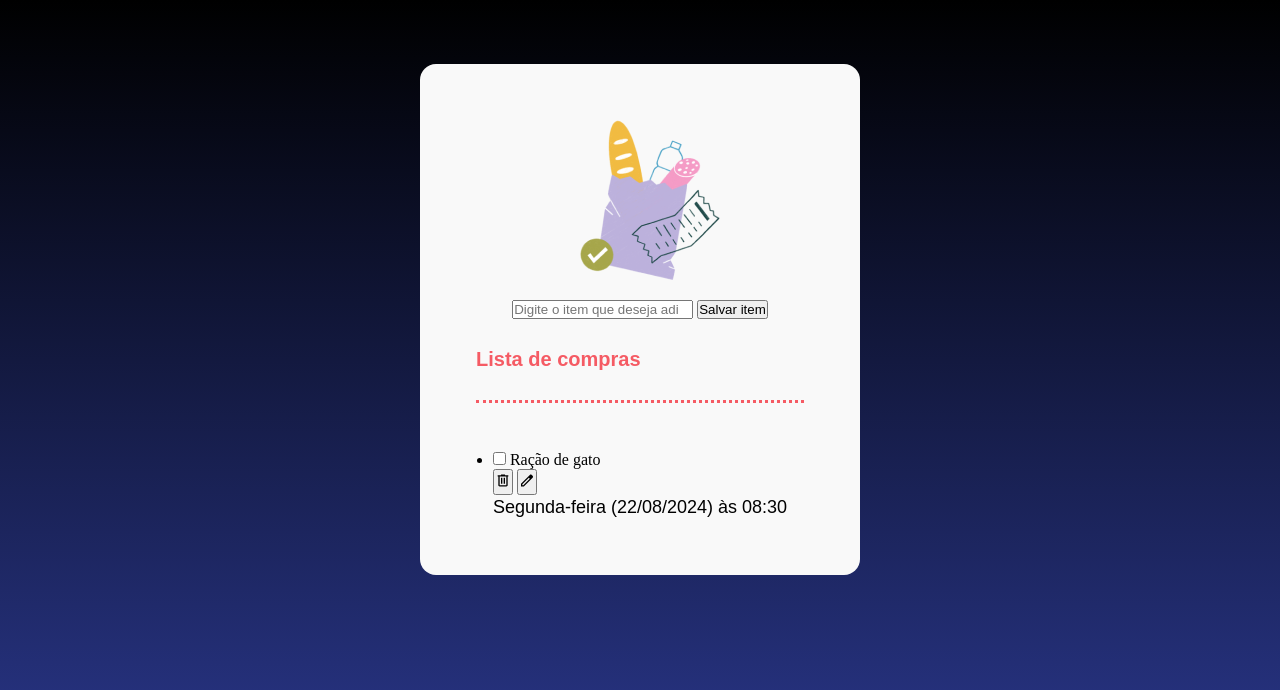
Repository: joaoPraiaJunior/compras_js
Page: index.html
The author's editor kept a copy of each file at every save. The page is drawn from the files as they stood at one save, then again after the next save.
The browser window is 1280 px wide. The pictures show the whole page.
Some web fonts or font styles are not loaded; a fallback is used.

Above is the page before, as saved 2024-08-22 20:06:05.

After the next save:
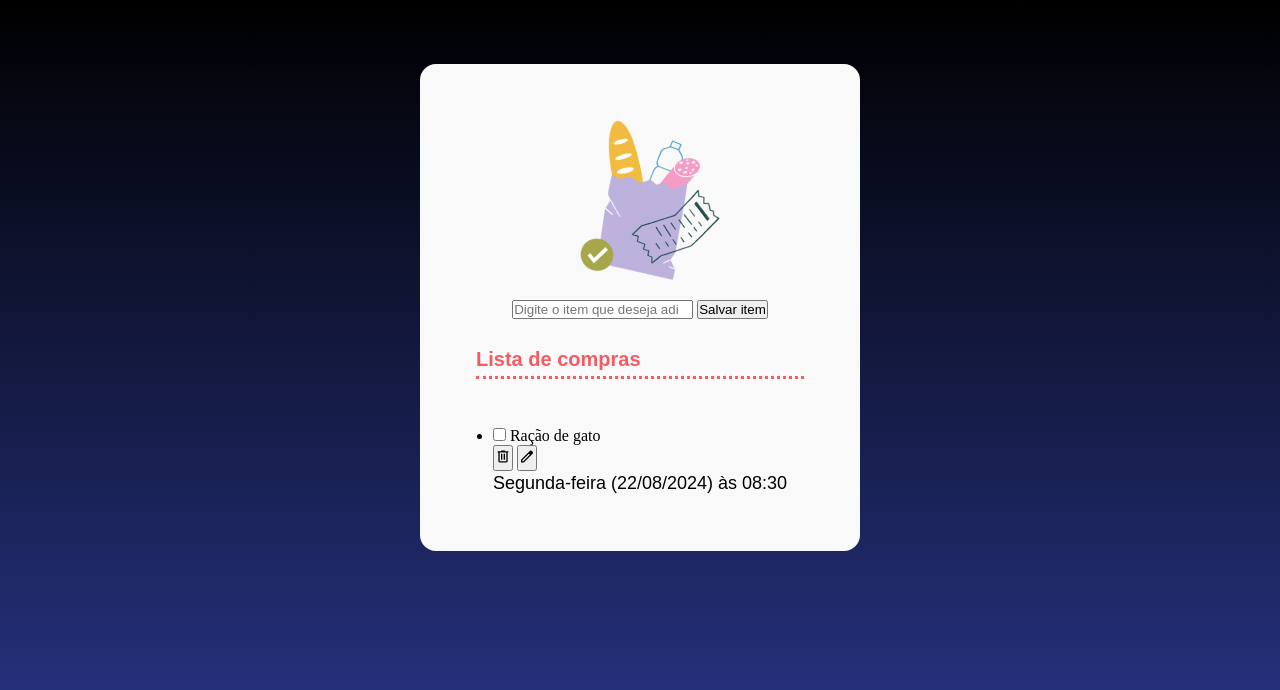
Saved 5 min 27 s later.
--- a/css/styles.css
+++ b/css/styles.css
@@ -58,11 +58,14 @@ h1 {
 }
 
 hr {
-    align-content: baseline;
     border: none;
     border-bottom: .3rem dotted var(--cor-primaria);
     margin-bottom: 2.4rem;
     width: 100%;
+}
+
+hr:empty {
+    margin-top: calc(2.4rem * -1);
 }
 
 p {
